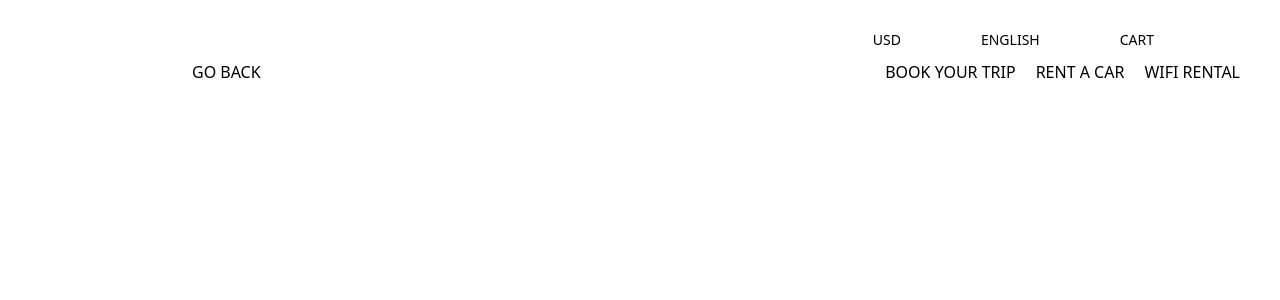
Repository: uh-sman/Iceland
Page: /
These files come from the project's save history. The page is drawn as it stood at one moment and after the next save; the edit follows.
The browser window is 1280 px wide. The pictures show the whole page.
The project was rebuilt for these pictures with package versions that can differ from the ones it lists, and the page was loaded fresh each time.

Above is the page before, as saved 2022-09-08 20:52:39.

After the next save:
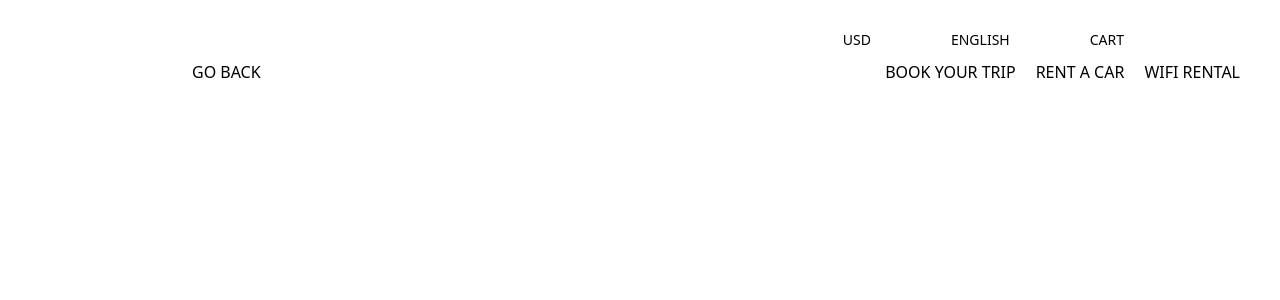
Saved 16 s later.
--- a/src/components/Topnav.js
+++ b/src/components/Topnav.js
@@ -3,7 +3,7 @@ import React from "react";
 export const Topnav = () => {
   return (
     <div className="container w-full py-[30px]">
-      <nav className="absolute right-[126px]">
+      <nav className="absolute right-[156px]">
         <ul className="space-x-20 text-sm">
           <a href="">USD</a>
           <a href="">ENGLISH</a>
